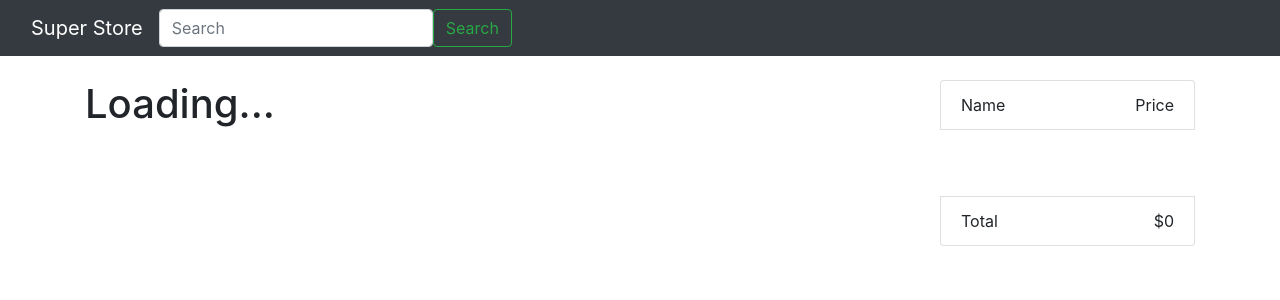
Repository: rockeycse/superstore
Page: /
An editor plug-in stored every save of this project. The page is shown before and after a run of saves, followed by the edit.
The browser window is 1280 px wide. The pictures show the whole page.
The page's requests for data from a server got no answer. The project was rebuilt for these pictures with package versions that can differ from the ones it lists, and the page was loaded fresh each time. No one was signed in, and anything a server would have sent is missing. Also part of the build but not shown: src/components/views/ItemDetails.vue, src/components/views/Test.vue.

Above is the page before, as saved 2021-06-15 17:10:13.

After the next 3 saves:
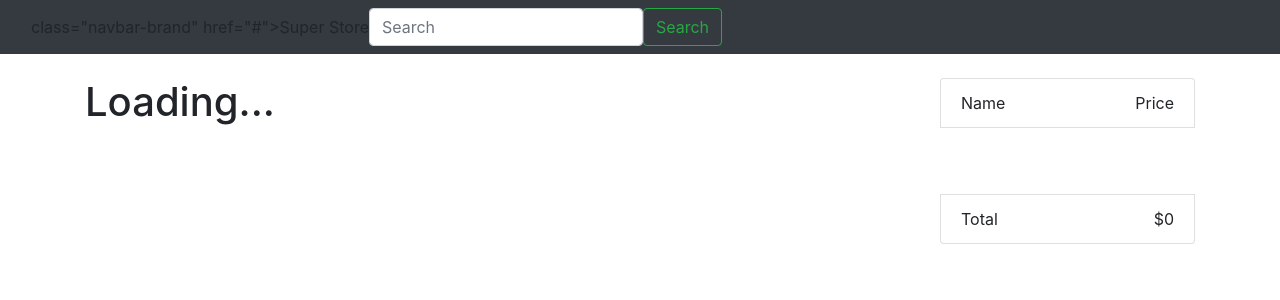
The 3 saves are shown as one change because they came seconds apart.
The last was saved 3 min 15 s later.
--- a/src/components/Navbar.vue
+++ b/src/components/Navbar.vue
@@ -1,7 +1,7 @@
 <template>
   <nav class="navbar navbar-expand-lg navbar-dark bg-dark">
     <div class="container-fluid">
-      <a class="navbar-brand" href="#">Super Store</a>
+      <router-link to=""></router-link> class="navbar-brand" href="#">Super Store</a>
       <button
         class="navbar-toggler"
         type="button"
